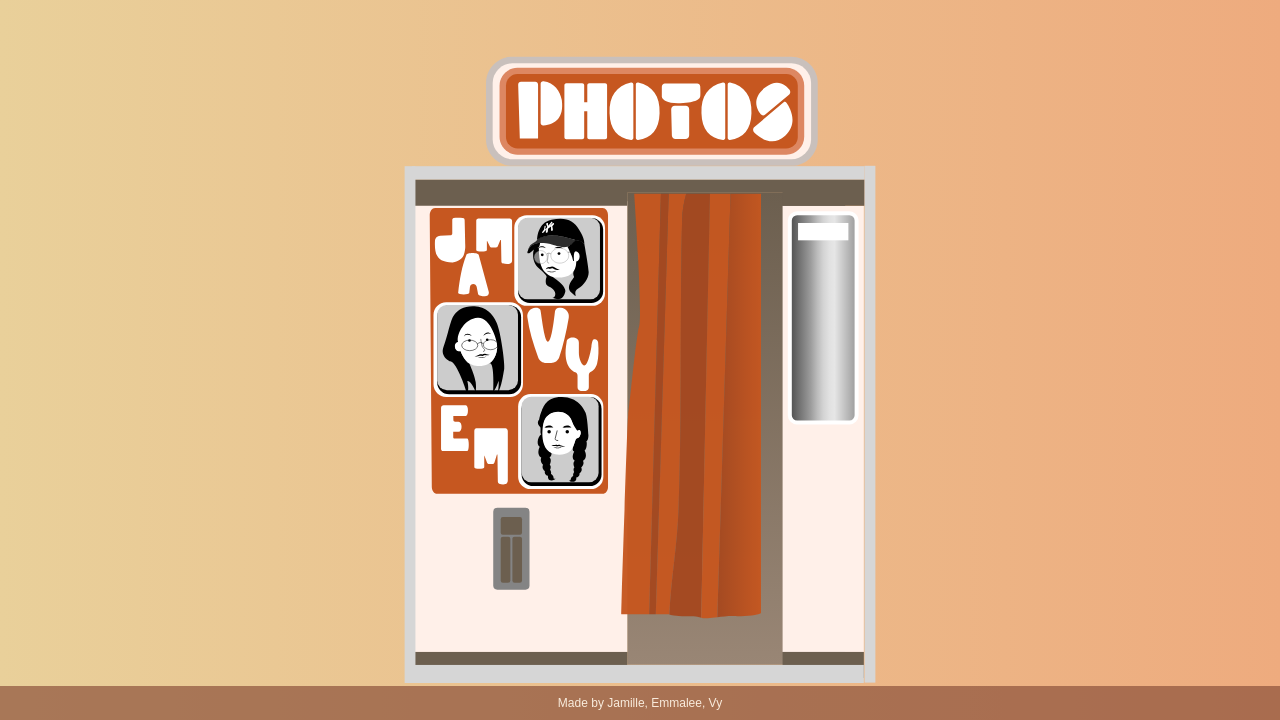
Repository: Strawb3rryjam/QuickSnip
Page: index.html
The author's editor kept a copy of each file at every save. The page is drawn from the files as they stood at one save, then again after the next save.
The browser window is 1280 px wide. The pictures show the whole page.

Above is the page before, as saved 2025-05-08 14:41:54.

After the next save:
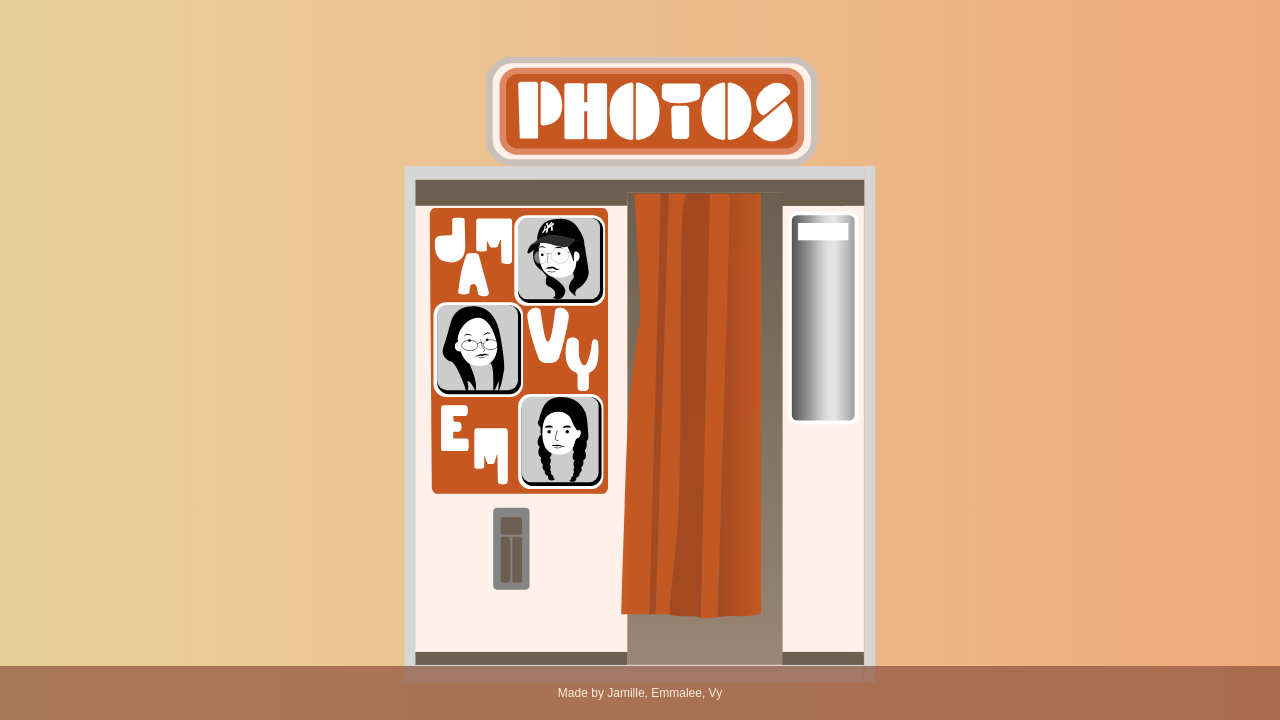
Saved 10 s later.
--- a/styles.css
+++ b/styles.css
@@ -297,7 +297,7 @@
   opacity: 0.7;
   text-align: center; /* Center the text */
   background-color: #8C523B; /* Optional: Add background color to make it stand out */
-  padding: 10px 0; /* Optional: Adjust padding for spacing */
+  padding: 20px; /* Optional: Adjust padding for spacing */
 }
 
 

After the 3 saves that followed:
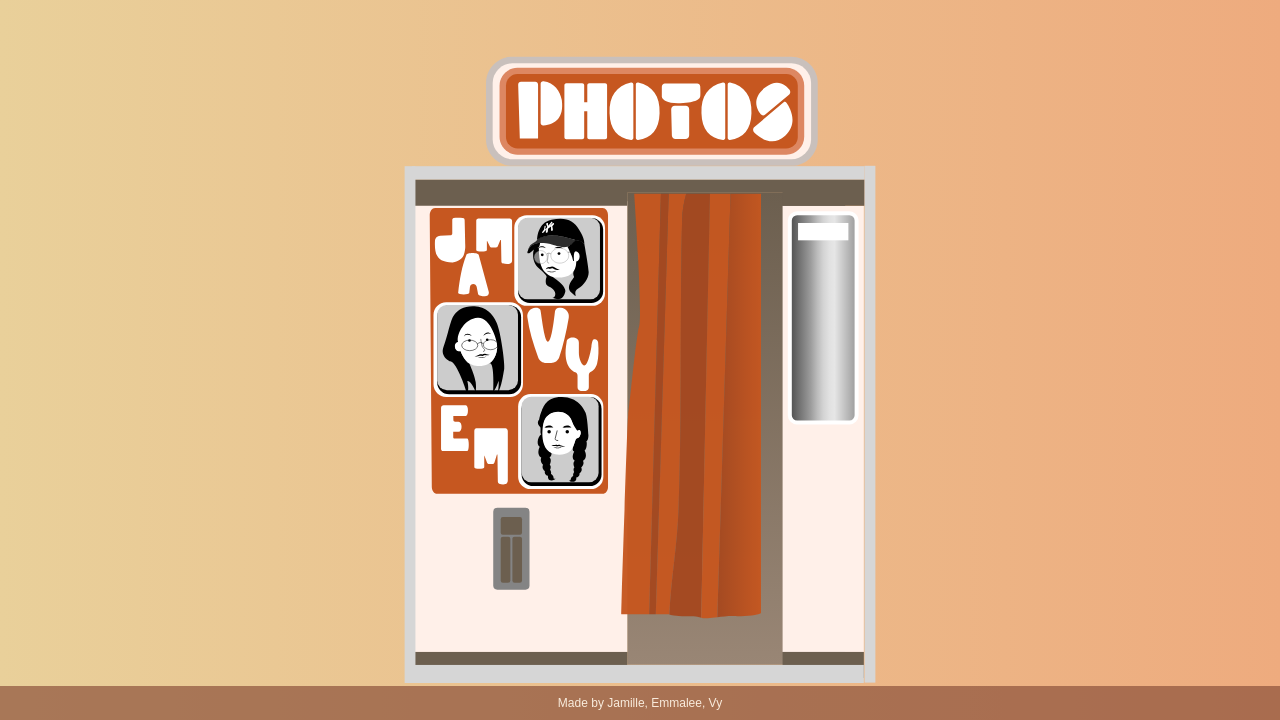
The 3 saves are shown as one change because they came seconds apart.
The last was saved 13 s later.
--- a/styles.css
+++ b/styles.css
@@ -297,7 +297,7 @@
   opacity: 0.7;
   text-align: center; /* Center the text */
   background-color: #8C523B; /* Optional: Add background color to make it stand out */
-  padding: 20px; /* Optional: Adjust padding for spacing */
+  padding: 10px; /* Optional: Adjust padding for spacing */
 }
 
 
